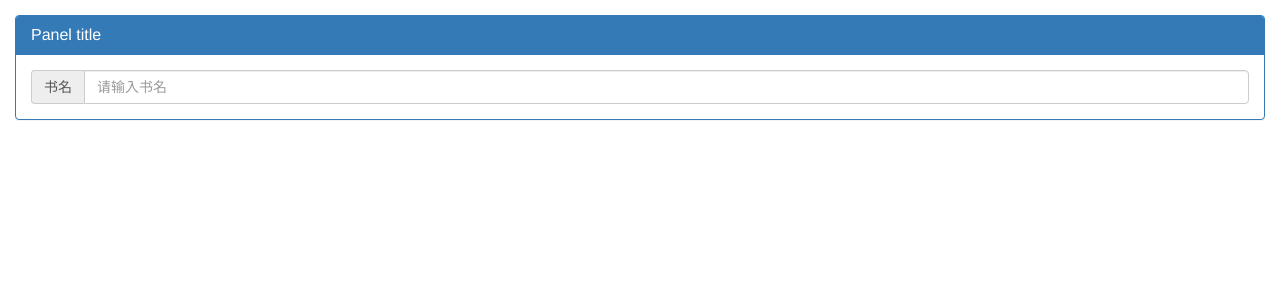
Repository: Bluesouls/eliauk.github.io
Page: Ajax学习笔记/day01/code/图书管理.html
The author's editor kept a copy of each file at every save. The page is drawn from the files as they stood at one save, then again after the next save.
The browser window is 1280 px wide. The pictures show the whole page.

Above is the page before, as saved 2022-04-24 16:56:36.
Console error (its wording comes from the project's code and is left out).

After the next save:
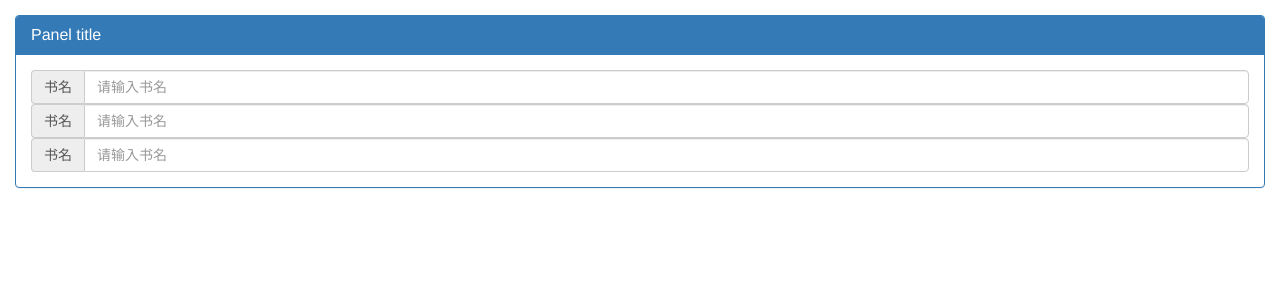
Saved 26 s later.
--- a/Ajax学习笔记/day01/code/图书管理.html
+++ b/Ajax学习笔记/day01/code/图书管理.html
@@ -20,6 +20,14 @@
           <div class="input-group-addon">书名</div>
           <input type="text" class="form-control" id="exampleInputAmount" placeholder="请输入书名">
         </div>
+        <div class="input-group">
+          <div class="input-group-addon">书名</div>
+          <input type="text" class="form-control" id="exampleInputAmount" placeholder="请输入书名">
+        </div>
+        <div class="input-group">
+          <div class="input-group-addon">书名</div>
+          <input type="text" class="form-control" id="exampleInputAmount" placeholder="请输入书名">
+        </div>
 
       </div>
   </div>
